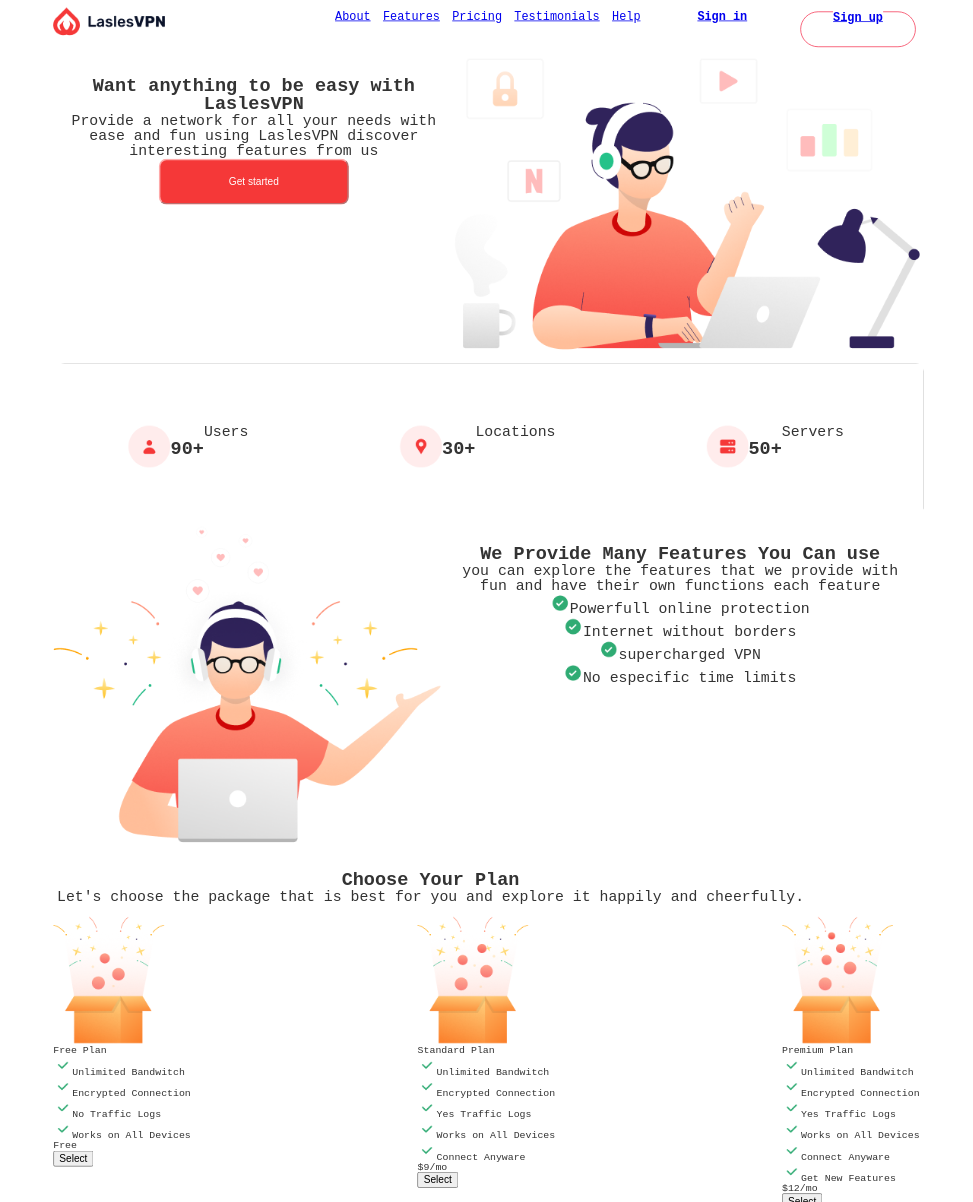
Repository: RaphaelMatheus-br/LP-251123
Page: index.html
The author's editor kept a copy of each file at every save. The page is drawn from the files as they stood at one save, then again after the next save.
The browser window is 1280 px wide. The pictures show the whole page, at 76% of full size.

Above is the page before, as saved 2023-11-25 14:52:52.

After the next save:
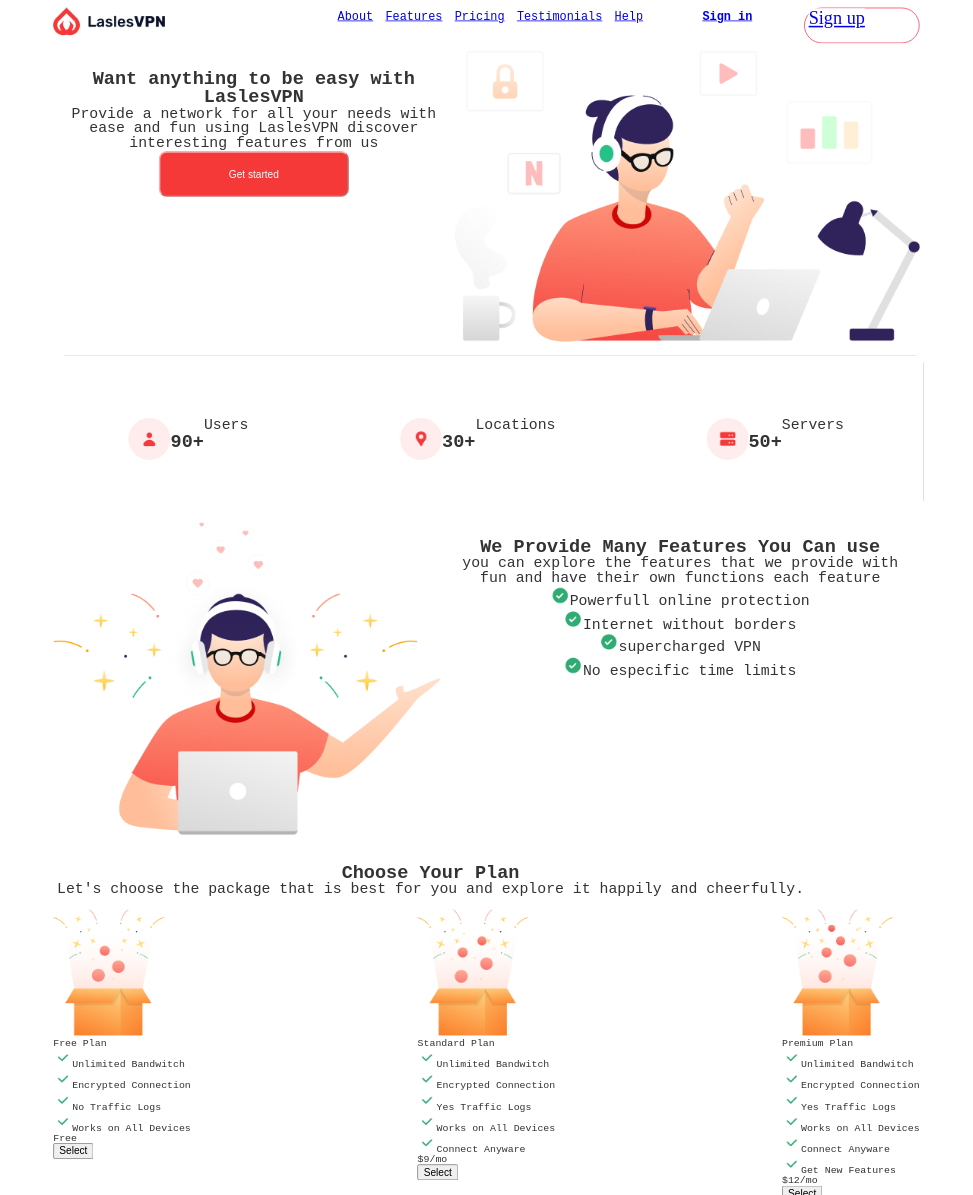
Saved 37 s later.
--- a/style.css
+++ b/style.css
@@ -84,10 +84,12 @@
 }
 
 .head__botao--2 {
-    margin: 5px;
-	text-align: center;
-	font-size: 0.8em;
-    font-weight: 700;
+    color: #F53855;
+    font-family: Rubik;
+    font-size: 16px;
+    font-style: normal;
+    font-weight: 500;
+    line-height: normal;
     width: 150px;
     height: 45px;
     flex-shrink: 0;
